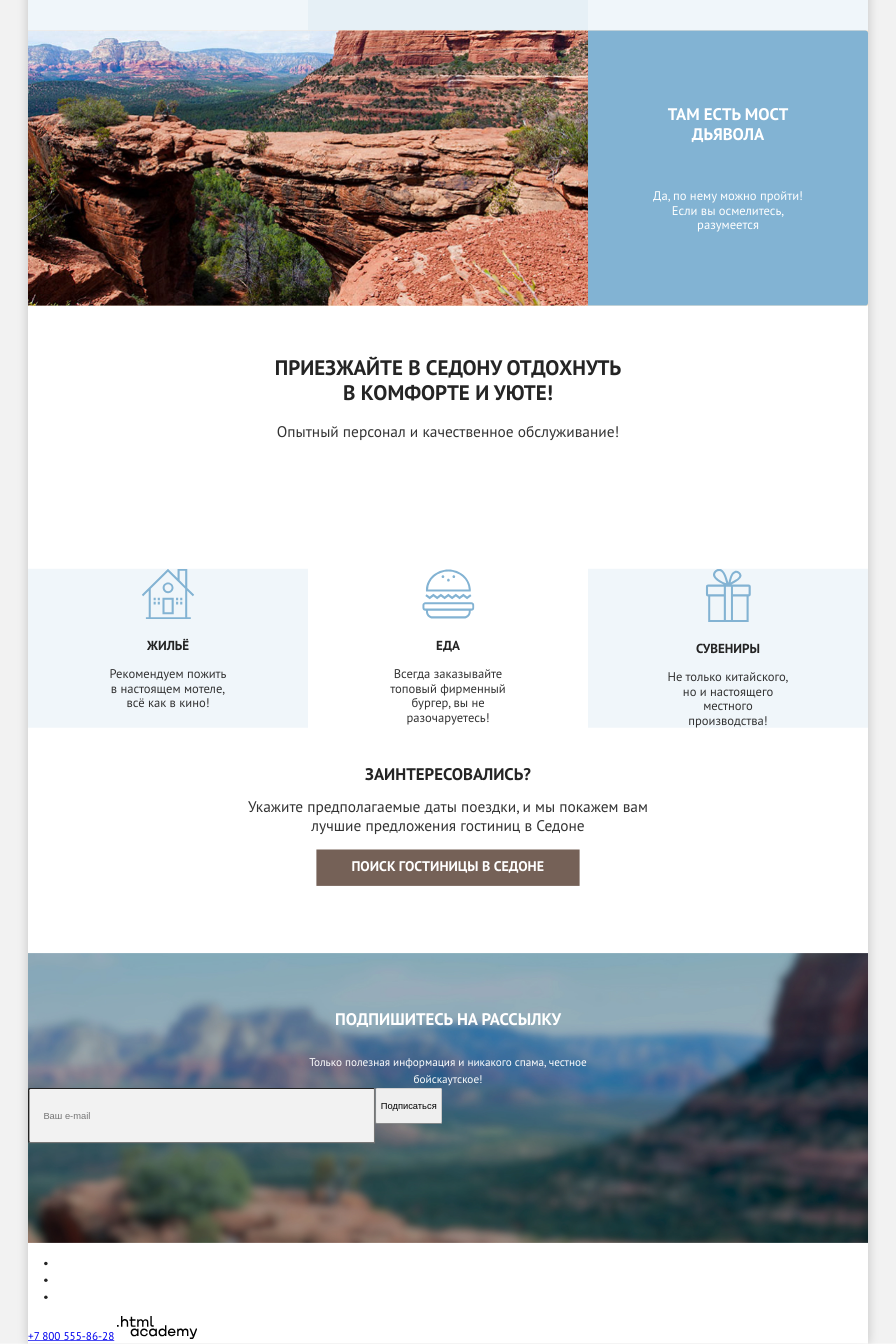
Repository: zakhgagne/2512253-sedona-1
Page: index.html
The author's editor kept a copy of each file at every save. The page is drawn from the files as they stood at one save, then again after the next save.
The browser window is 1280 px wide. The pictures show the part of the page from y = 1551 to 3471 px (the page is 3471 px tall), at 70% of full size.

Above is the page before, as saved 2024-05-11 20:31:15.

### index.html
<!DOCTYPE html>
<html lang="ru">

  <head>
    <meta charset="utf-8">
    <title>Сайт города Седона</title>
    <link rel="stylesheet" href="styles/styles.css">
  </head>

  <body>
    <div class="container">
      <header class="header">
        <a class="logo-link" href="#">
          <img class="logo-image" src="./images/logo.svg" alt="Любимая Седона" width="" height="">
        </a>
        <nav class="navigation">
          <ul class="main-menu">
            <li class="menu-item">
              <a href="./index.html" class="menu-link">Главная</a>
            </li>
            <li class="menu-item">
              <a href="#" class="menu-link">О Седоне</a>
            </li>
            <li class="menu-item">
              <a href="./catalog.html" class="menu-link">Гостиницы</a>
            </li>
          </ul>
          <ul class="user-menu">
            <li class="user-menu-item">
              <a href="#" class="user-menu-link">
                <span class="visually-hidden">Поиск</span>
              </a>
            </li>
            <li class="user-menu-item">
              <a href="#" class="user-menu-link">
                <span class="visually-hidden">Избранное</span>
                <span class="like-number">12</span>
              </a>
            </li>
            <li class="user-menu-item">
              <a href="#" class="user-menu-link">Хочу сюда!</a>
            </li>
          </ul>
        </nav>
      </header>
      <main class="main-container">
        <h1 class="visually-hidden">Cайт города Седона</h1>
        <section class="welcome">
          <h2 class="visually-hidden">Приглашение</h2>
          <img src="./images/welcome.svg" class="welcome-image" width="" height="" alt="Welcome">
        </section>

        <section class="city">
          <h2 class="city-title">Седона — небольшой городок в Аризоне, заслуживающий большего!</h2>
          <p class="city-subtitle">Рассмотрим причины, по которым Седона круче, чем Гранд-Каньон!</p>

          <ul class="reason-list">
            <li class="reason-item reason-item-special">
              <div class="reason-container">
                <h3 class="reason-title">Настоящий городок</h3>
                <p class="reason-text">Седона — не аттракцион для туристов, там течёт своя жизнь</p>
              </div>
              <img src="./images/photo-1.jpg" class="reason-image" width="" height="">
            </li>
            <li class="reason-item">
              <div class="reason-container">
                <h3 class="reason-title">Небольшая площадь</h3>
                <p class="reason-text">Все достопримечательности находятся очень близко</p>
              </div>
            </li>
            <li class="reason-item">
              <div class="reason-container">
                <h3 class="reason-title">Красивая дорога</h3>
                <p class="reason-text">Ехать в Седону из Лас-Вегаса совсем не скучно!</p>
              </div>
            </li>
            <li class="reason-item">
              <div class="reason-container">
                <h3 class="reason-title">Мало туристов</h3>
                <p class="reason-text">Большинство едет в Гранд Каньон и толпится там</p>
              </div>
            </li>
            <li class="reason-item reason-item-special">
              <img src="./images/photo-2.jpg" class="reason-image" width="" height="">
              <div class="reason-container">
                <h3 class="reason-title">Там есть мост дьявола</h3>
                <p class="reason-text">Да, по нему можно пройти! Если вы осмелитесь, разумеется</p>
              </div>
            </li>
          </ul>
        </section>

        <section class="city-welcome">
          <h2 class="desription">Приезжайте в Седону отдохнуть в комфорте и уюте!</h2>
          <p class="simple-text">Опытный персонал и качественное обслуживание!</p>
          <div class="container-city-welcome">
            <ul class="comfort-list">
              <li class="comfort-item">
                <img src="./images/advantage-icon-home.svg" class="reason-image" width="" height="">
                <h3 class="comfort-title">Жильё</h3>
                <p class="comfort-text">Рекомендуем пожить в настоящем мотеле, всё как в кино!</p>
              </li>
              <li class="comfort-item">
                <img src="./images/advantage-icon-food.svg" class="reason-image" width="" height="">
                <h3 class="comfort-title">Еда</h3>
                <p class="comfort-text">Всегда заказывайте топовый фирменный бургер, вы не разочаруетесь!</p>
              </li>
              <li class="comfort-item">
                <img src="./images/advantage-icon-gift.svg" class="reason-image" width="" height="">
                <h3 class="comfort-title">Сувениры</h3>
                <p class="comfort-text">Не только китайского, но и настоящего местного производства!</p>
              </li>
            </ul>
          </div>
        </section>

        <section class="interest">
          <h2 class="desription">Заинтересовались?</h2>
          <p class="simple-text-interest">Укажите предполагаемые даты поездки, и мы покажем вам лучшие предложения гостиниц в
            Седоне</p>
            <div class="container-button">
          <a href="#" class="button-search-motel">ПОИСК ГОСТИНИЦЫ В седоне</a>
          </div>
        </section>

      </main>

      <footer>
        <section class="news-letter">
           <div class="container-letter">
          <h2 class="desription">Подпишитесь на рассылку</h2>
          <p class="simple-text-footer">Только полезная информация и никакого спама, честное бойскаутское!</p>
          </div>
          <form class="subscribe-form" action="https://echo.htmlacademy.ru/" method="post">
            <input class="field" placeholder="Ваш e-mail" type="email" name="distribution-email" required>
            <button class="subscribe-form-button" type="submit">Подписаться</button>
          </form>
        </section>
        <div class="footer-container">
          <section class="contacts">
            <h2 class="visually-hidden">Контакты</h2>
            <ul class="contact-list">
              <li class="contact-list-item">
                <a href="#" class="contact-list-link">
                  <p class="visually-hidden">Вконтакте</p>
                </a>
              </li>
              <li class="contact-list-item">
                <a href="#" class="contact-list-link">
                  <p class="visually-hidden">Телеграм</p>
                </a>
              </li>
              <li class="contact-list-item">
                <a href="#" class="contact-list-link">
                  <p class="visually-hidden">Ютуб</p>
                </a>
              </li>
            </ul>
            <a class="footer-contacts-address-phone" href="tel:+78005558628">+7 800 555-86-28</a>
            <a class="htmlacademy-link" href="https://htmlacademy.ru/">
              <img src="./images/logo-academy.svg" width="" height="" alt="Академия">
            </a>
          </section>
        </div>
      </footer>
    </div>
  </body>

</html>

### styles/styles.css
@font-face {
  font-family: "PT Sans";
  font-style: normal;
  font-weight: 400;
  src: url("../fonts/ptsans-400.woff2") format("woff2");
  font-display: swap;
}

@font-face {
  font-family: "PT Sans";
  font-style: normal;
  font-weight: 700;
  src: url("../fonts/ptsans-700.woff2") format("woff2");
  font-display: swap;
}


body {
  margin: 0;
  font-family: "PT Sans", "Arial", sans-serif;
  font-size: 16px;
  line-height: 24px;
  color: #242424;
  background-color: #f2f2f2;
}

.visually-hidden {
  display: none;
}

.container {
  width: 1200px;
  margin: 0 auto;
  background-color: #ffffff;
  box-shadow: 0 0 15px rgba(0, 0, 0, 0.2);
}

.header {
  background-color: #ffffff;
  position: relative;
  padding: 0 68px 0 238px;
}

.logo-link {
  position: absolute;
  top: 0;
  left: 70px;
}

.logo-image {}

.navigation {
  display: flex;
  justify-content: space-between;
}

.main-menu {
  padding: 0;
  margin: 0;
  list-style: none;
  display: flex;
  width: 500px;
  flex-wrap: wrap;
}

.menu-item {}

.menu-link {
  font-size: 20px;
  font-weight: 700;
  line-height: 24px;
  color: #000000;
  text-decoration: none;
  display: block;
  padding: 20px 16px;

}

.menu-item:nth-child(1) {
  /* background-color: red; */
}

.menu-item:nth-child(2) {
  /* background-color: blue; */
}

.menu-item:nth-child(3) {
  /* background-color: red; */
}

.user-menu {
  padding: 0;
  margin: 0;
  list-style: none;
  display: flex;
}

.welcome {
  background-color: #aec5d1;
  background-image: url("../images/white-crown.svg"), url("../images/index-background.jpg");
  background-repeat: no-repeat;
  background-position: center bottom, center top;
  background-size: 1200px 57px, cover;
  padding-top: 51px;
  padding-bottom: 82px;
  min-height: 352px;
}

.welcome-image {
  display: block;
  margin: 0 auto;
}

.city {
  text-align: center;
  padding-top: 70px;
}

.city-title {
  padding: 0;
  margin: 0 auto 24px;
  font-size: 30px;
  font-weight: 700;
  line-height: 36px;
  text-transform: uppercase;
  width: 750px;

}

.city-subtitle {
  padding: 1px;
  margin: 0 auto 87px;
  font-size: 22px;
  font-weight: 400;
  line-height: 26px;
  width: 750px;
}

.reason-list {
  display: flex;
  justify-content: space-between;
  text-align: center;
  padding: 0;
  margin: 0;
  list-style: none;
  flex-wrap: wrap;
}

.reason-item {
  display: flex;
  background-color: bisque;
}

.reason-container {
  width: 400px;
  padding-top: 106px;
  padding-bottom: 105px;
}

.reason-title {
  margin: 0 auto 63px;
  padding: 0;
  font-size: 24px;
  font-weight: 700;
  line-height: 28px;
  width: 175px;
  text-transform: uppercase;

}

.reason-text {
  padding: 0;
  margin: 0 auto;
  font-size: 18px;
  font-weight: 400;
  line-height: 21px;
  width: 231px;
}

.reason-item:nth-child(2n) {
  background-color: #f0f6fa;
}

.reason-item:nth-child(3n) {
  background-color: #e6f0f6;
}

.reason-item-special .reason-container {
  background-color: #82B3D3;
  border-radius: 0px 4px 4px 0px;
  color: #FFFFFF;

}

.comfort-list {
  display: flex;
  justify-content: space-between;
  text-align: center;
  padding: 0;
  margin: 0;
  list-style: none;
}

.comfort-item {
  width: 400px;
}

.comfort-item:nth-child(even) {
  background-color: #ffffff;
}

.comfort-item:nth-child(odd) {
  background-color: #f0f6fa;
}

.interest {
  text-align: center;
  margin: 54px auto;
  height: 214px;
  width: 592px;
}

.desription {
  padding: 0;
  margin: 0;
  text-transform: uppercase;
}

.footer-container {
  display: flex;
  margin: 0 auto;
}


.news-letter {
  background-image: url("../images/subscribe.jpg");
  background-repeat: no-repeat;
  min-height: 414px;
  text-align: center;

  /*width: 684px;*/
}

.city-welcome {
  text-align: center;
  padding-top: 70px;
}

.city-welcome .desription {
  padding: 0;
  margin: 0 auto 24px;
  font-size: 30px;
  font-weight: 700;
  line-height: 36px;
  text-transform: uppercase;
  width: 500px;
}

.simple-text {

  padding: 0;
  margin: 0 auto;
  width: 490px;
  height: 70px;

  /* Texts/Text basic */
  font-weight: 400;
  font-size: 22px;
  line-height: 26px;
  /* identical to box height, or 118% */
  /* Texts/second */
  color: #333333;
}

.container-city-welcome {

  text-align: center;
  padding-top: 140px;
}

.comfort-text {
  font-weight: 400;
  font-size: 18px;
  line-height: 21px;
  color: #333333;
  flex: none;
  order: 2;
  align-self: stretch;
  flex-grow: 0;
  width: 175px;
  margin: 0 auto;
  padding: 0;
}

.comfort-title {
  text-transform: uppercase;
}



/* Укажите предполагаемые даты поездки, и мы покажем вам лучшие предложения гостиниц в Седоне */
.simple-text-interest {
  width: 592px;
  height: 52px;
  /* Texts/Text basic */
  font-family: 'PT Sans';
  font-style: normal;
  font-weight: 400;
  font-size: 22px;
  line-height: 26px;
  /* or 118% */
  text-align: center;

  /* Texts/second */
  color: #333333;

  /* Inside auto layout */
  flex: none;
  order: 1;
  flex-grow: 0;
}

.container-button {
  /* Кнопка */
  width: 376px;
  height: 52px;
  color: #FFFFFF;
  /* Inside auto layout */
  flex: none;
  order: 1;
  flex-grow: 0;
  margin: 0 auto 0;
  padding: 0;
  padding-top: 10;
  background-color: #756157;

}

.button-search-motel {
  margin: auto;
  padding-top: 5px;
  width: 276px;
  height: 36px;

  /* Buttons/Button big */
  font-family: 'PT Sans';
  font-style: normal;
  font-weight: 700;
  font-size: 20px;
  line-height: 36px;
  /* identical to box height, or 180% */
  display: flex;
  align-items: center;
  text-align: center;
  text-transform: uppercase;
  text-decoration: none;
  /* Texts/background/deafault */
  color: #FFFFFF;


  /* Inside auto layout */
  flex: none;
  order: 0;
  flex-grow: 0;
}

.container-letter {
  /* Frame 29 */

  /* Auto layout */
  display: flex;
  flex-direction: column;
  align-items: center;
  padding: 0 px;
  gap: 20px;

  width: 475px;
  height: 108.86px;


  /* Inside auto layout */
  flex: none;
  order: 0;
  flex-grow: 0;
  color: #FFFFFF;
  margin: 0 auto 0;
  padding-top: 83px;
}

.field {
  /* Auto layout */
  display: flex;
  flex-direction: row;
  align-items: center;
  padding: 12px 20px;
  gap: 260px;

  width: 452px;
  height: 52px;

  /* basic/light */
  background: #F2F2F2;
  border-radius: 4px 0px 0px 4px;

  /* Inside auto layout */
  flex: none;
  order: 0;
  align-self: stretch;
  flex-grow: 1;
}

.subscribe-form {

  /* Кнопка */
  display: flex;
  flex-direction: row;
  width: 232px;
  height: 52px;

}

After the next save:
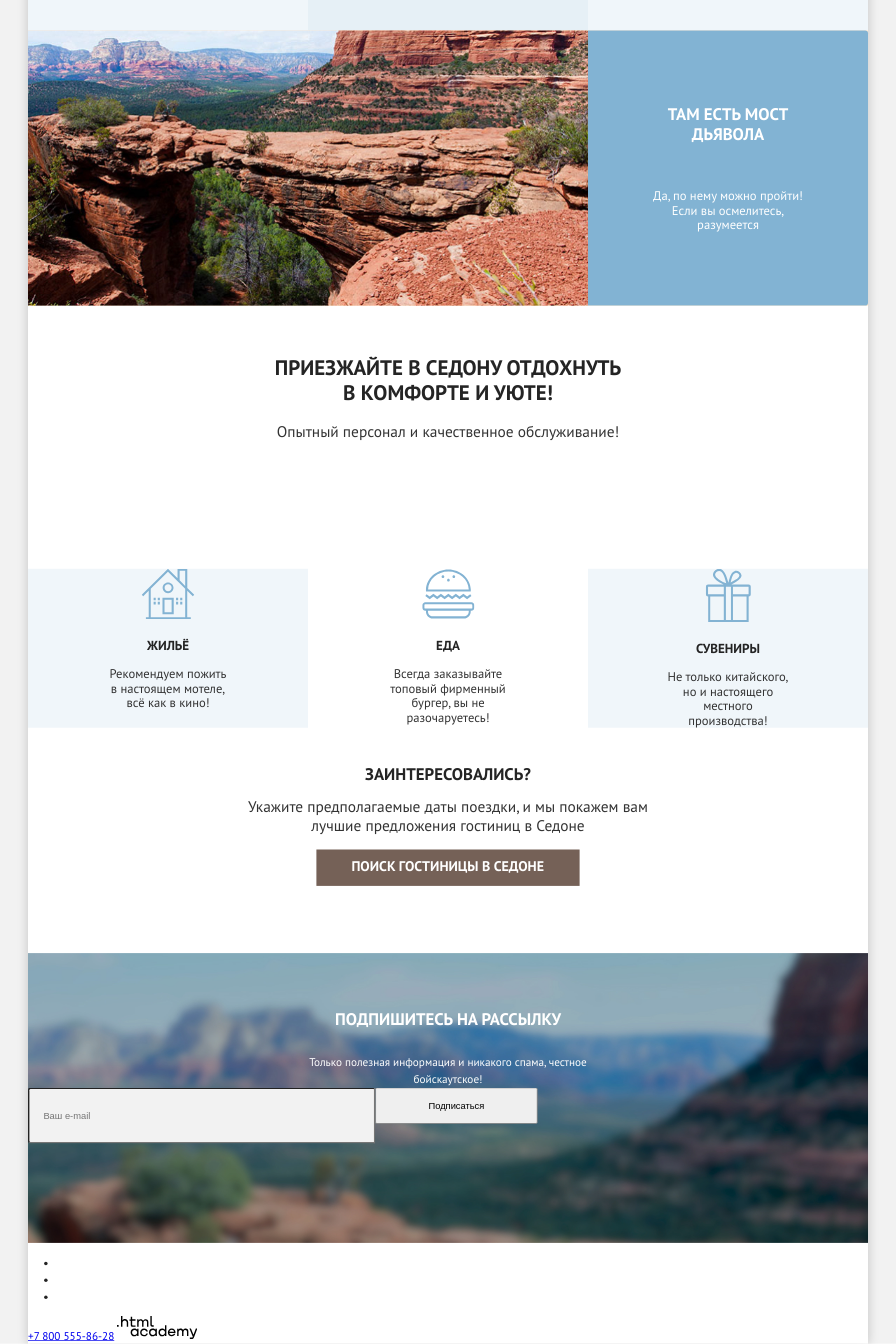
Saved 89 s later.
--- a/styles/styles.css
+++ b/styles/styles.css
@@ -418,3 +418,15 @@ body {
   height: 52px;
 
 }
+.subscribe-form-button {
+  /* Кнопка */
+
+    width: 232px;
+    height: 52px;
+
+
+    /* Inside auto layout */
+    flex: none;
+    order: 1;
+    flex-grow: 0;
+}

After the 3 saves that followed:
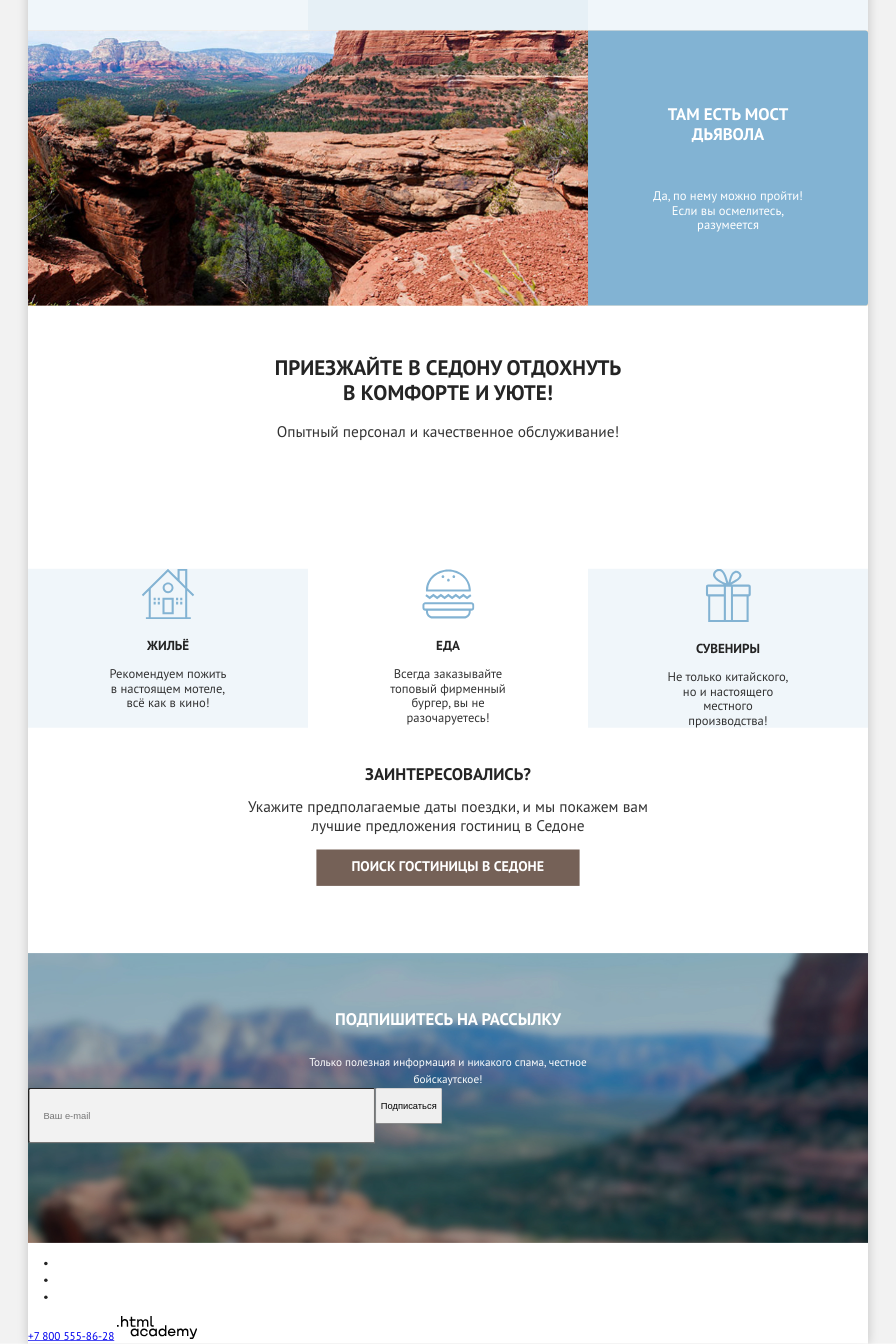
The 3 saves are shown as one change because 2 left the picture as it was.
The last was saved 2 min 2 s later.
--- a/styles/styles.css
+++ b/styles/styles.css
@@ -387,9 +387,26 @@ body {
   padding-top: 83px;
 }
 
+.subscribe-form {
+
+  /* Кнопка */
+  display: flex;
+  flex-direction: row;
+  width: 452px;
+  height: 52px;
+
+}
+.subscribe-form-button {
+  /* Кнопка
+
+
+    /* Inside auto layout */
+    flex: none;
+    order: 1;
+    flex-grow: 0;
+}
 .field {
   /* Auto layout */
-  display: flex;
   flex-direction: row;
   align-items: center;
   padding: 12px 20px;
@@ -408,25 +425,3 @@ body {
   align-self: stretch;
   flex-grow: 1;
 }
-
-.subscribe-form {
-
-  /* Кнопка */
-  display: flex;
-  flex-direction: row;
-  width: 232px;
-  height: 52px;
-
-}
-.subscribe-form-button {
-  /* Кнопка */
-
-    width: 232px;
-    height: 52px;
-
-
-    /* Inside auto layout */
-    flex: none;
-    order: 1;
-    flex-grow: 0;
-}
